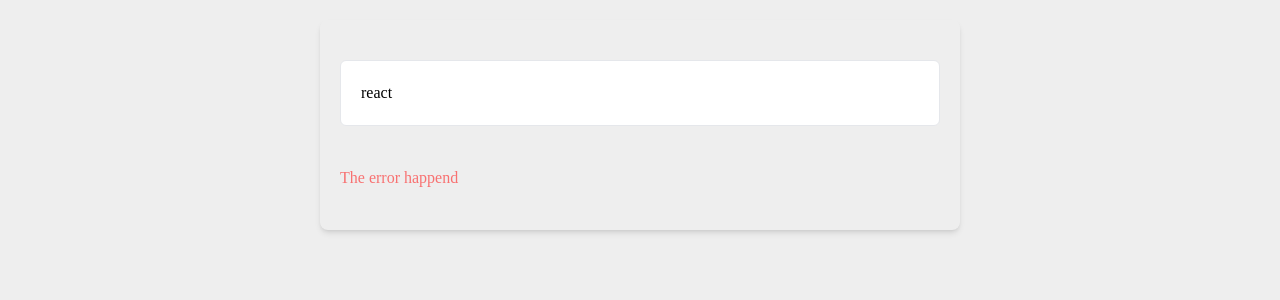
Repository: 16-Doffy/Fe-Khhoahoc
Page: /
The author's editor kept a copy of each file at every save. The page is drawn from the files as they stood at one save, then again after the next save.
The browser window is 1280 px wide. The pictures show the whole page.
The page's requests for data from a server got no answer. The project was rebuilt for these pictures with package versions that can differ from the ones it lists, and the page was loaded fresh each time. No one was signed in, and anything a server would have sent is missing. Also part of the build but not shown: src/App.css.

Above is the page before, as saved 2025-01-14 15:48:36.

After the next save:
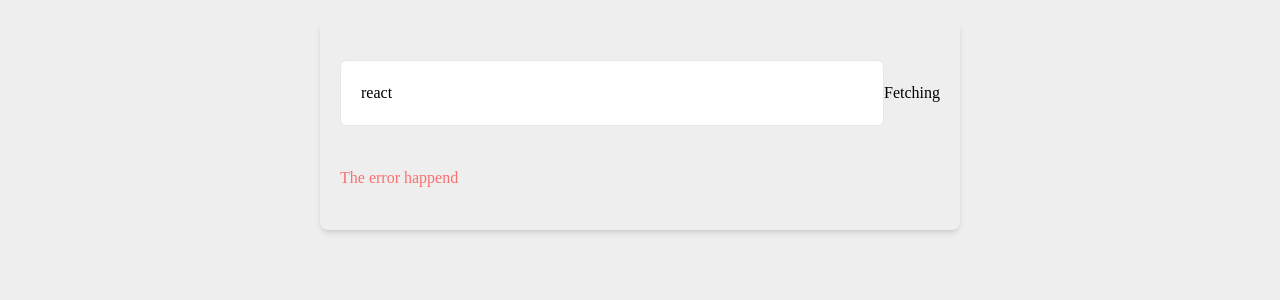
Saved 14 s later.
--- a/src/components/news/HackerNews.js
+++ b/src/components/news/HackerNews.js
@@ -41,9 +41,7 @@ const HackerNews = () => {
         defaultValue={query}
         onChange={handleUpdateQuery}
       />
-
-
-
+      <button>Fetching</button>
     </div>
 
       {loading && (
